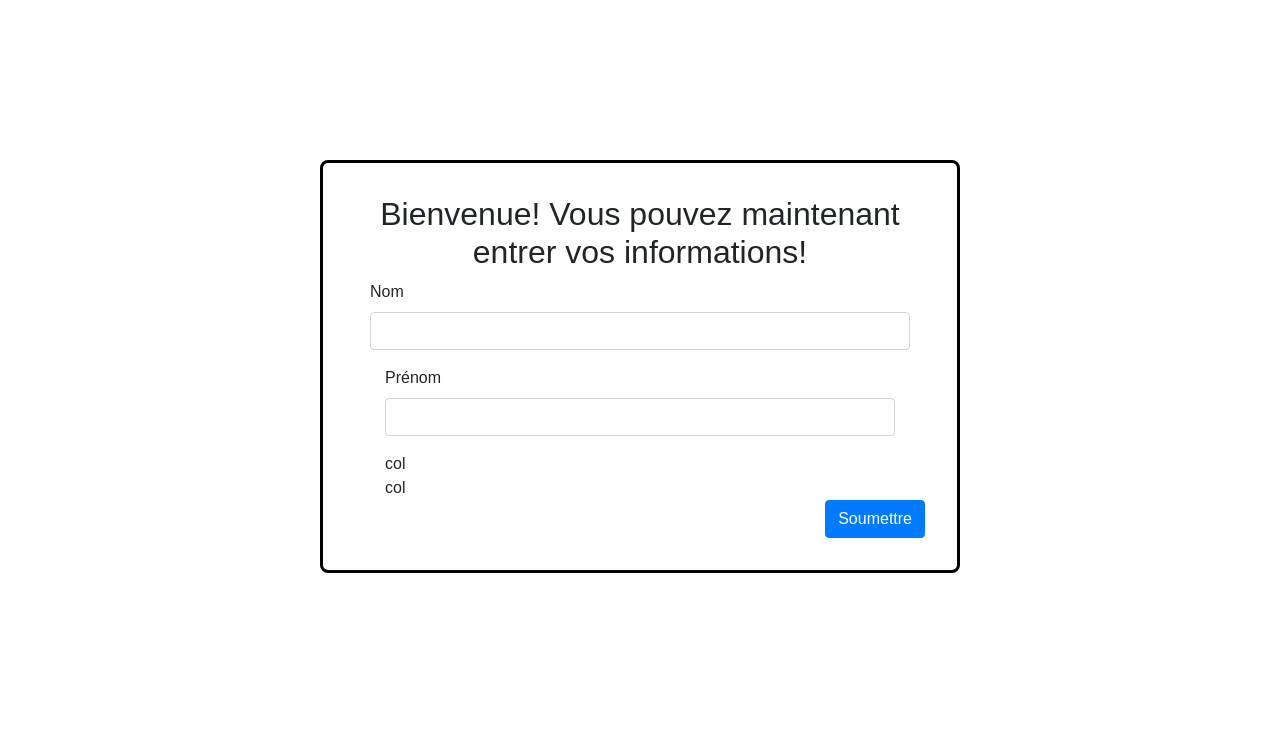
Repository: Aminox84/frontend-main
Page: /
The author's editor kept a copy of each file at every save. The page is drawn from the files as they stood at one save, then again after the next save.
The browser window is 1280 px wide. The pictures show the whole page.
The project was rebuilt for these pictures with package versions that can differ from the ones it lists, and the page was loaded fresh each time.

Above is the page before, as saved 2022-12-29 19:52:25.

### public/index.html
<!DOCTYPE html>
<html lang="en">
  <head>
    <meta charset="utf-8" />
    <link rel="icon" href="%PUBLIC_URL%/favicon.ico" />
    <meta name="viewport" content="width=device-width, initial-scale=1" />
    <meta name="theme-color" content="#000000" />
    <meta
      name="description"
      content="Web site created using create-react-app"
    />
    <link rel="apple-touch-icon" href="%PUBLIC_URL%/logo192.png" />

    <link rel="manifest" href="%PUBLIC_URL%/manifest.json" />
    <link rel="stylesheet" href="https://cdn.jsdelivr.net/npm/bootstrap@4.4.1/dist/css/bootstrap.min.css" integrity="sha384-Vkoo8x4CGsO3+Hhxv8T/Q5PaXtkKtu6ug5TOeNV6gBiFeWPGFN9MuhOf23Q9Ifjh" crossorigin="anonymous">

    <title>React App</title>
  </head>
  <body>
    <noscript>You need to enable JavaScript to run this app.</noscript>
    <div id="root"></div>
    <script src="https://code.jquery.com/jquery-3.4.1.slim.min.js" integrity="sha384-J6qa4849blE2+poT4WnyKhv5vZF5SrPo0iEjwBvKU7imGFAV0wwj1yYfoRSJoZ+n" crossorigin="anonymous"></script>
    <script src="https://cdn.jsdelivr.net/npm/popper.js@1.16.0/dist/umd/popper.min.js" integrity="sha384-Q6E9RHvbIyZFJoft+2mJbHaEWldlvI9IOYy5n3zV9zzTtmI3UksdQRVvoxMfooAo" crossorigin="anonymous"></script>
    <script src="https://cdn.jsdelivr.net/npm/bootstrap@4.4.1/dist/js/bootstrap.min.js" integrity="sha384-wfSDF2E50Y2D1uUdj0O3uMBJnjuUD4Ih7YwaYd1iqfktj0Uod8GCExl3Og8ifwB6" crossorigin="anonymous"></script>
  </body>
</html>

### src/App.tsx
import React from 'react';
// import { useMultistepForm } from './useMultistepForm';
// import { AddressForm } from './AddressForm';
// import { AccountForm } from './AccountForm';
import { UserForm } from './userForm';


function App() {


// const {steps,currentStepIndex,step,isFirstStep,isLastStep,back,next} = useMultistepForm([<UserForm />,<AddressForm />,<AccountForm />])

  return (
    <div style={{position:"relative",background:"white",border:"0.2rem solid  black",padding:"2rem",margin:" 10rem auto",borderRadius:".5rem",fontFamily:"Arial",width:"50%",}}>
      <form>
       {/* <div style={{position:"absolute",top:".5rem",right:".5rem"}}> {currentStepIndex + 1} / {steps.length}</div> */}
       <UserForm/>
       <div className='d-flex justify-content-end'>
       {/* {!isFirstStep && <button className='btn btn-primary ml-2' type="button" onClick={back}>Back</button>} */}
       <button type="button" className='btn btn-primary ml-2'>Soumettre</button>
       </div>
      </form>
    </div>
  );
}

export default App;

### src/userForm.tsx
export function UserForm() {
  return (
    <>

      <h2 style={{textAlign:"center"}}>Bienvenue! Vous pouvez maintenant entrer vos informations!</h2>

      <form>
      <div className="container">
  <div className="row">
    <div className="col">
        <div className="form-group">
          <label htmlFor="exampleInputEmail1">Nom</label>
          <input
            type="email"
            className="form-control"
            id="exampleInputEmail1"
            aria-describedby="emailHelp"
          />
          </div>
    <div className="col">
        <div className="form-group">
          <label htmlFor="exampleInputPassword1">Prénom</label>
          <input
            type="password"
            className="form-control"
            id="exampleInputPassword1"
          />
        </div>
        </div>
    <div className="w-100"></div>
    <div className="col">col</div>
    <div className="col">col</div>
  </div>
</div>
</div>
      </form>
    </>
  )
}

Loaded but not shown: src/index.tsx (common file)

After the next save:
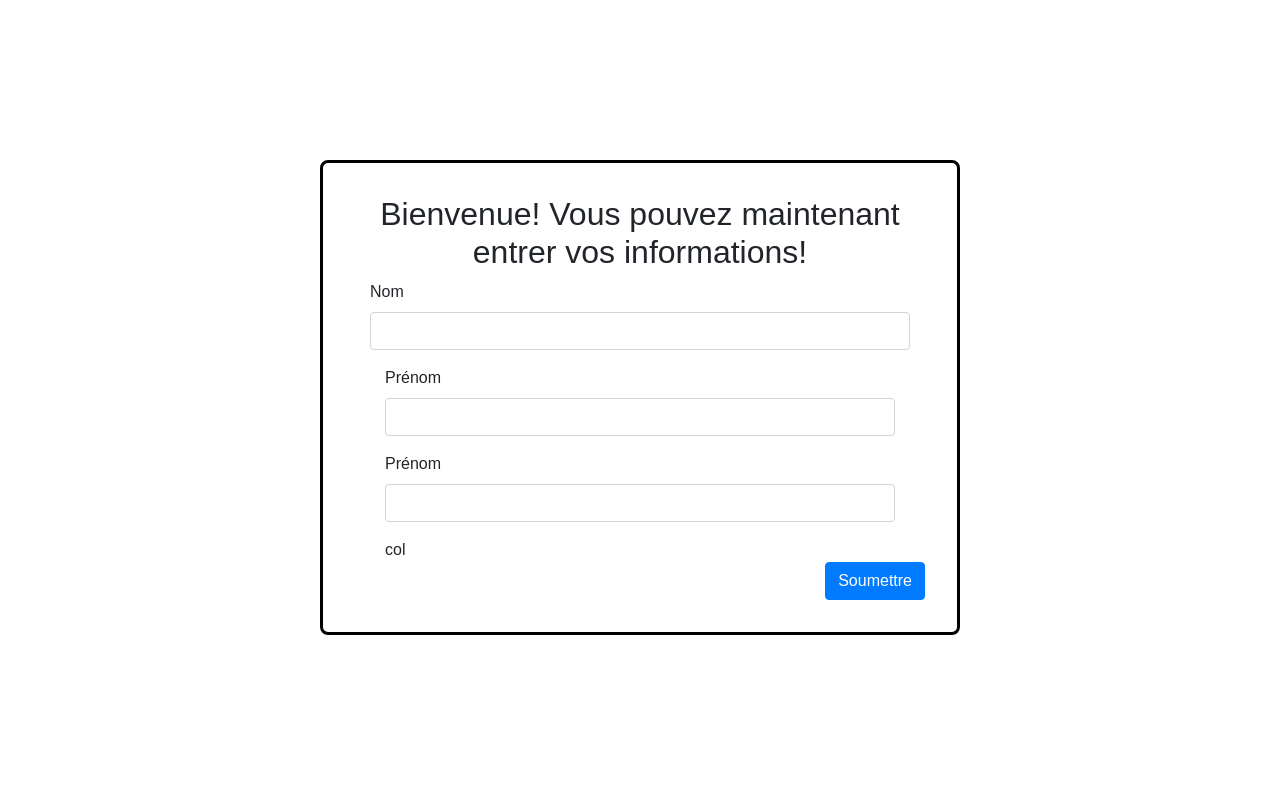
Saved 11 s later.
--- a/src/userForm.tsx
+++ b/src/userForm.tsx
@@ -28,7 +28,16 @@ export function UserForm() {
         </div>
         </div>
     <div className="w-100"></div>
-    <div className="col">col</div>
+    <div className="col">
+        <div className="form-group">
+          <label htmlFor="exampleInputPassword1">Prénom</label>
+          <input
+            type="password"
+            className="form-control"
+            id="exampleInputPassword1"
+          />
+        </div>
+        </div>
     <div className="col">col</div>
   </div>
 </div>
